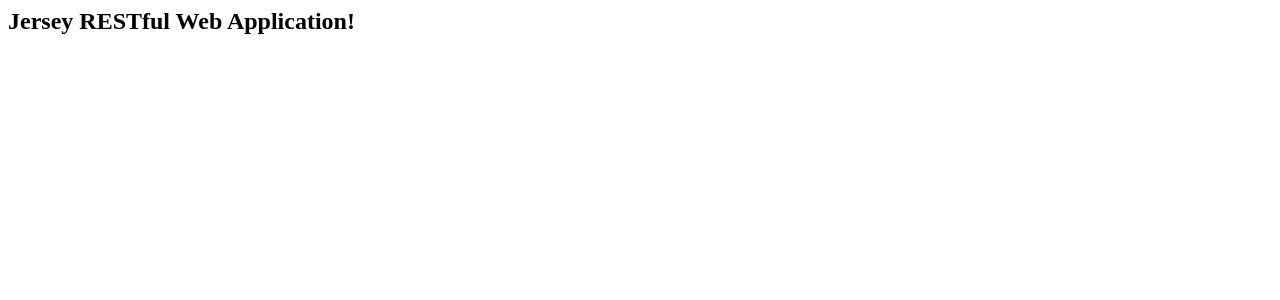
Repository: Vidhya2796/ATPTrainingFoldersJEECloud
Page: http://localhost/validation/
These files come from the project's save history. The page is drawn as it stood at one moment and after the next save; the edit follows.
The browser window is 1280 px wide. The pictures show the whole page.
The page is served by Tomcat 9. Other server files are loaded and not shown.

Above is the page before, as saved 2018-12-20 05:17:37.

### SpringREST/validation/src/main/webapp/index.jsp
<html>
<body>
    <h2>Jersey RESTful Web Application!</h2>
    <!-- <p><a href="webapi/myresource">Jersey resource</a>
    <p>Visit <a href="http://jersey.java.net">Project Jersey website</a>
    for more information on Jersey! -->
    <!-- <p><a href="webapi/validate">Jersey Validation</a> -->
    <form action="webapi/validate" method="get">


    </form>


</body>
</html>

After the next save:
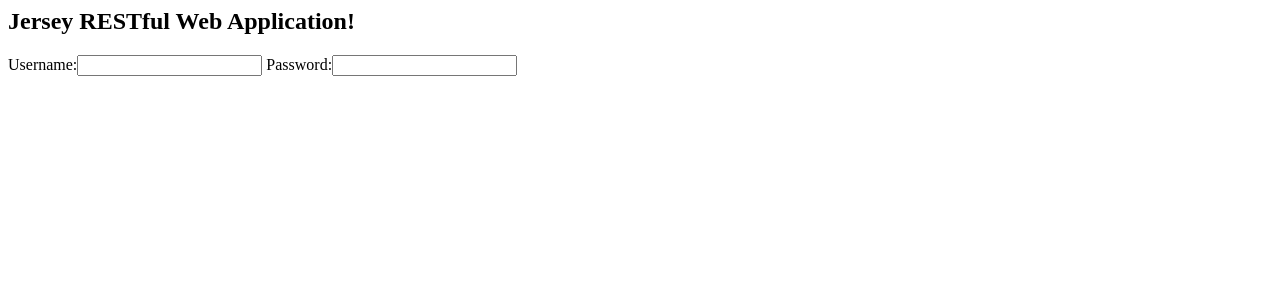
Saved 61 s later.
--- a/SpringREST/validation/src/main/webapp/index.jsp
+++ b/SpringREST/validation/src/main/webapp/index.jsp
@@ -6,7 +6,8 @@
     for more information on Jersey! -->
     <!-- <p><a href="webapi/validate">Jersey Validation</a> -->
     <form action="webapi/validate" method="get">
-
+    	Username:<input type="text" name="uname">
+    	Password:<input type="password" name="pass">
 
     </form>
 
